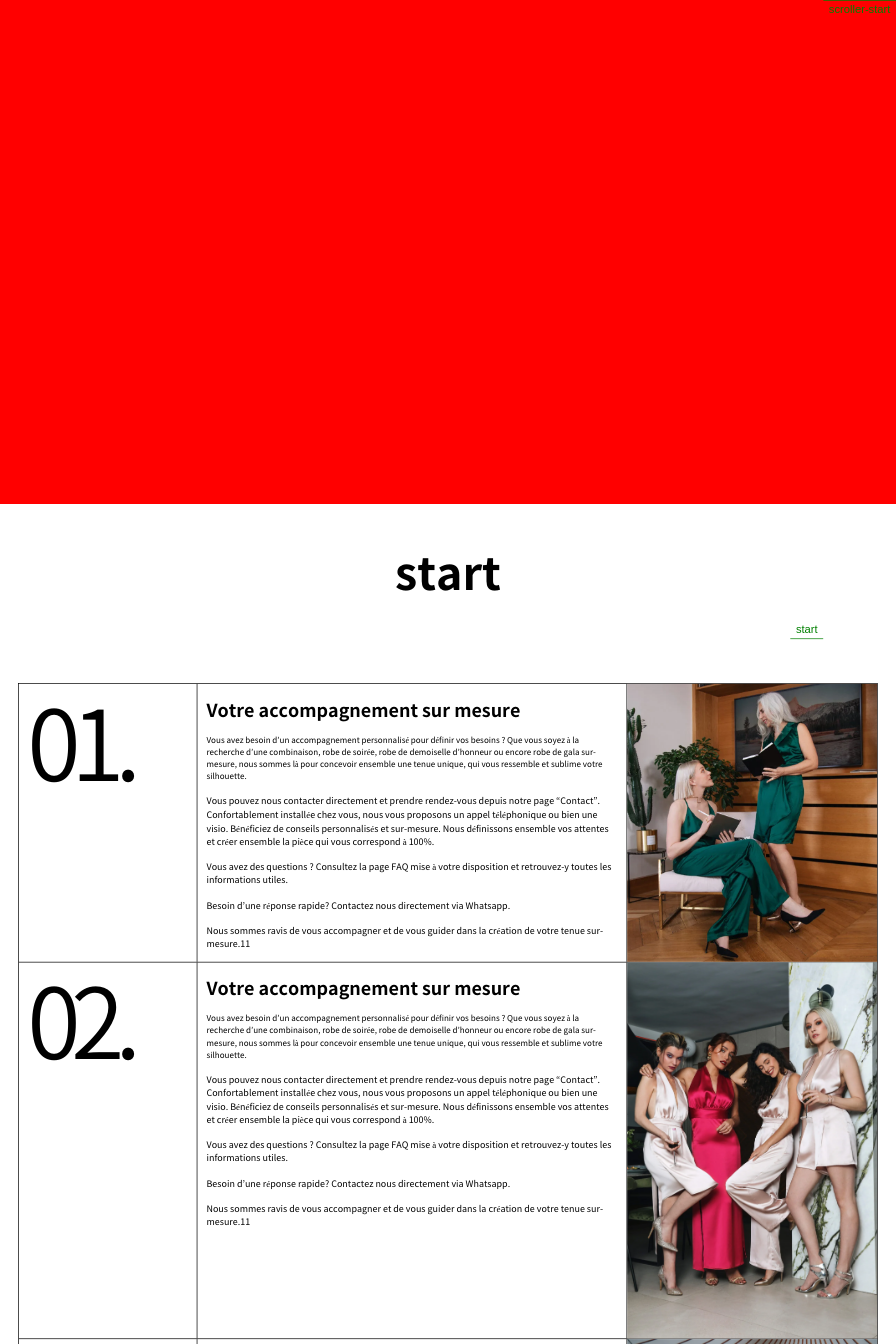
Repository: lwygold/motion
Page: layout/위로 하나씩 붙는 그리드.html
These files come from the project's save history. The page is drawn as it stood at one moment and after the next save; the edit follows.
The browser window is 1280 px wide. The pictures show the part of the page from y = 0 to 1920 px (the page is 6794 px tall before and 4213 px after), at 70% of full size.

Above is the page before, as saved 2023-03-28 10:26:51.

After the next save:
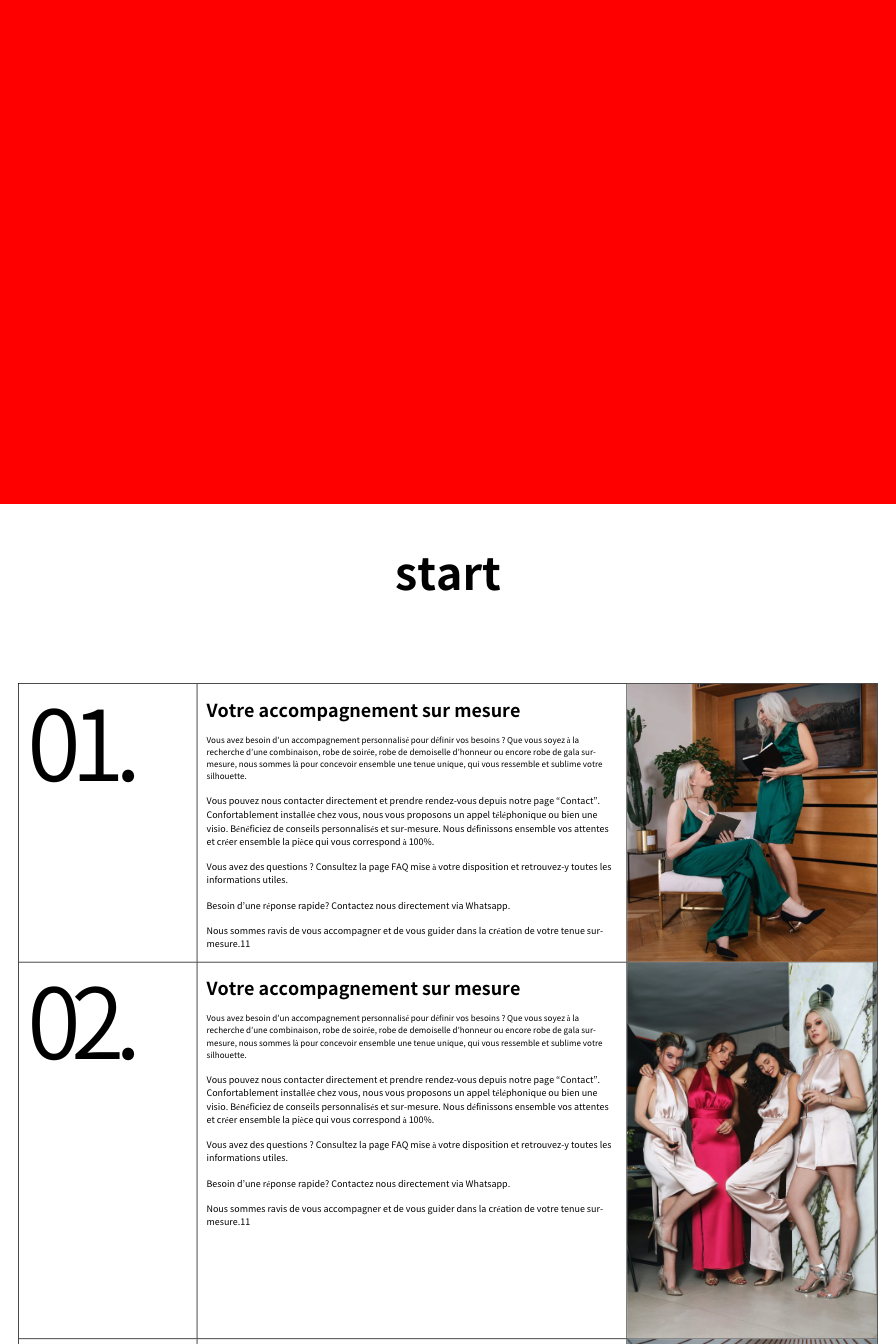
Console error: SyntaxError: missing ) after argument list
Saved 30 s later.
--- a/layout/위로 하나씩 붙는 그리드.html
+++ b/layout/위로 하나씩 붙는 그리드.html
@@ -321,8 +321,11 @@
             });
 
             panels.forEach((panel, i, p) => {
-                t1.to(panel,{
-                y: -100+"%",
+                if(i!=0){
+                    t1.to(panel,{
+                    y: -100+"%",
+                }
+
             })
 
 

After the 3 saves that followed:
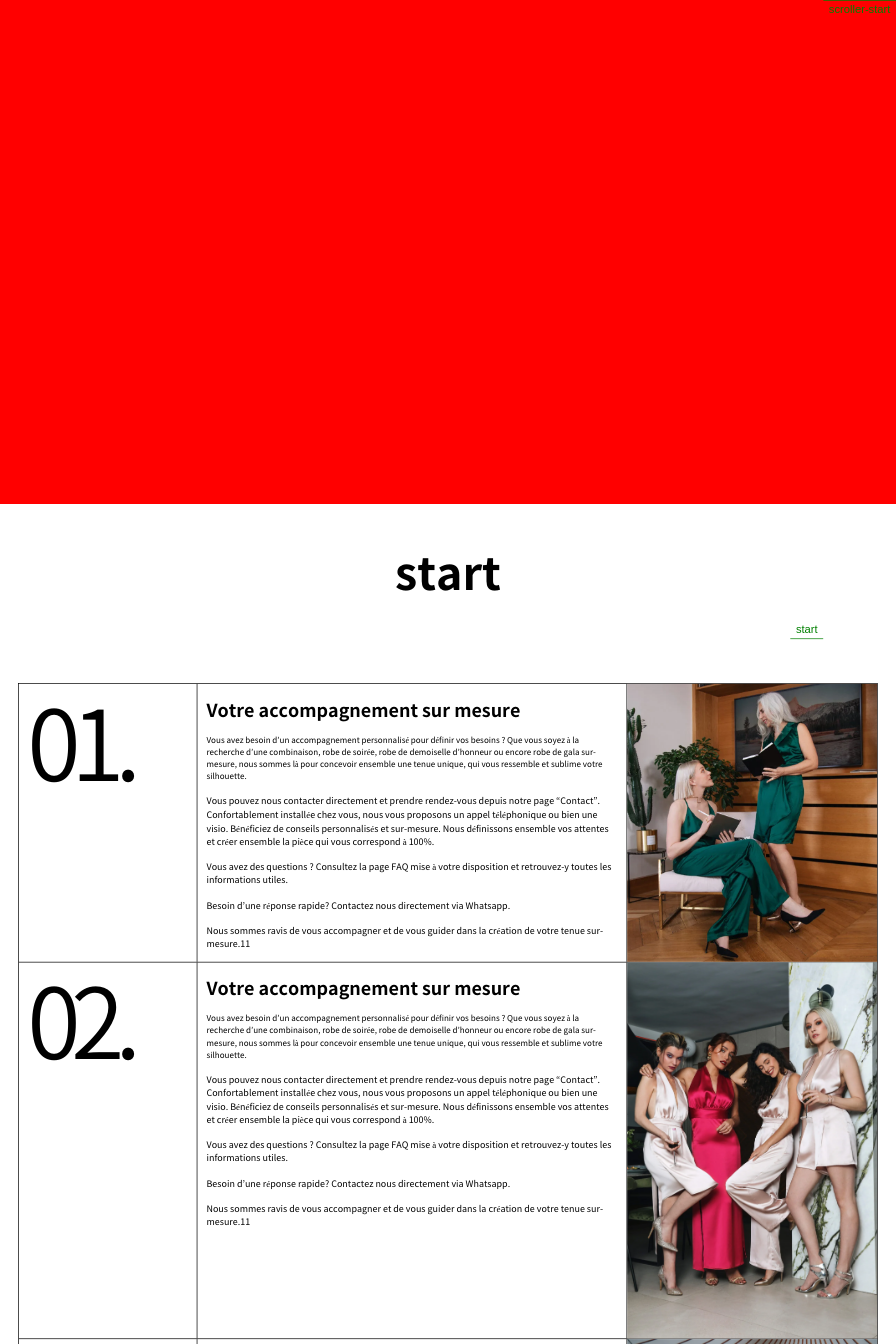
The error is gone.
The 3 saves are shown as one change because 2 left the picture as it was.
The last was saved 55 s later.
--- a/layout/위로 하나씩 붙는 그리드.html
+++ b/layout/위로 하나씩 붙는 그리드.html
@@ -323,13 +323,13 @@
             panels.forEach((panel, i, p) => {
                 if(i!=0){
                     t1.to(panel,{
-                    y: -100+"%",
+                        y: -100+"%",
+                    });
                 }
 
-            })
-
-
             });
+
+
 
 
 
